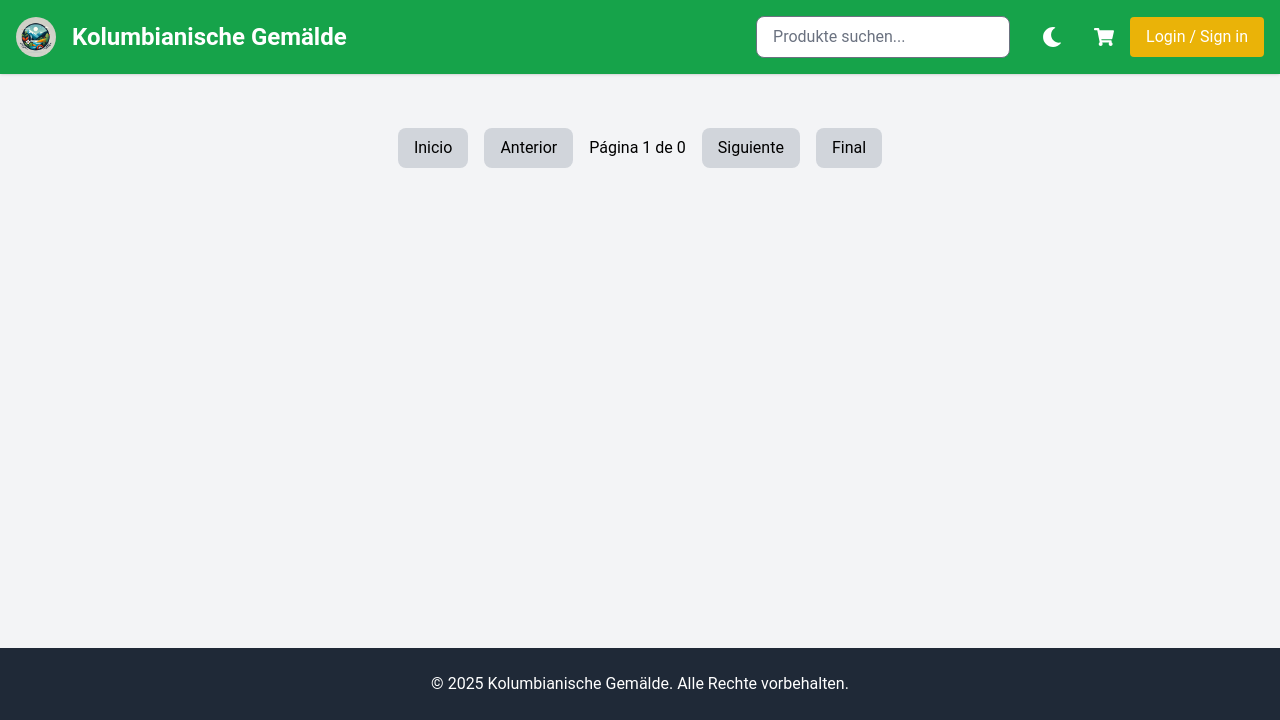
Repository: alixchaparrov/bilder-shop
Page: /
An editor plug-in stored every save of this project. The page is shown before and after the next save, followed by the edit.
The browser window is 1280 px wide. The pictures show the whole page.
The page's requests for data from a server got no answer. The project was rebuilt for these pictures with package versions that can differ from the ones it lists, and the page was loaded fresh each time. The framework's server and built-in components were replaced by stand-ins that run in the browser. No one was signed in, and anything a server would have sent is missing. Also part of the build but not shown: next.config.ts, src/app/components/ProductCard.tsx, src/app/components/AuthModalContent.tsx.

Above is the page before, as saved 2025-01-04 13:32:54.

After the next save:
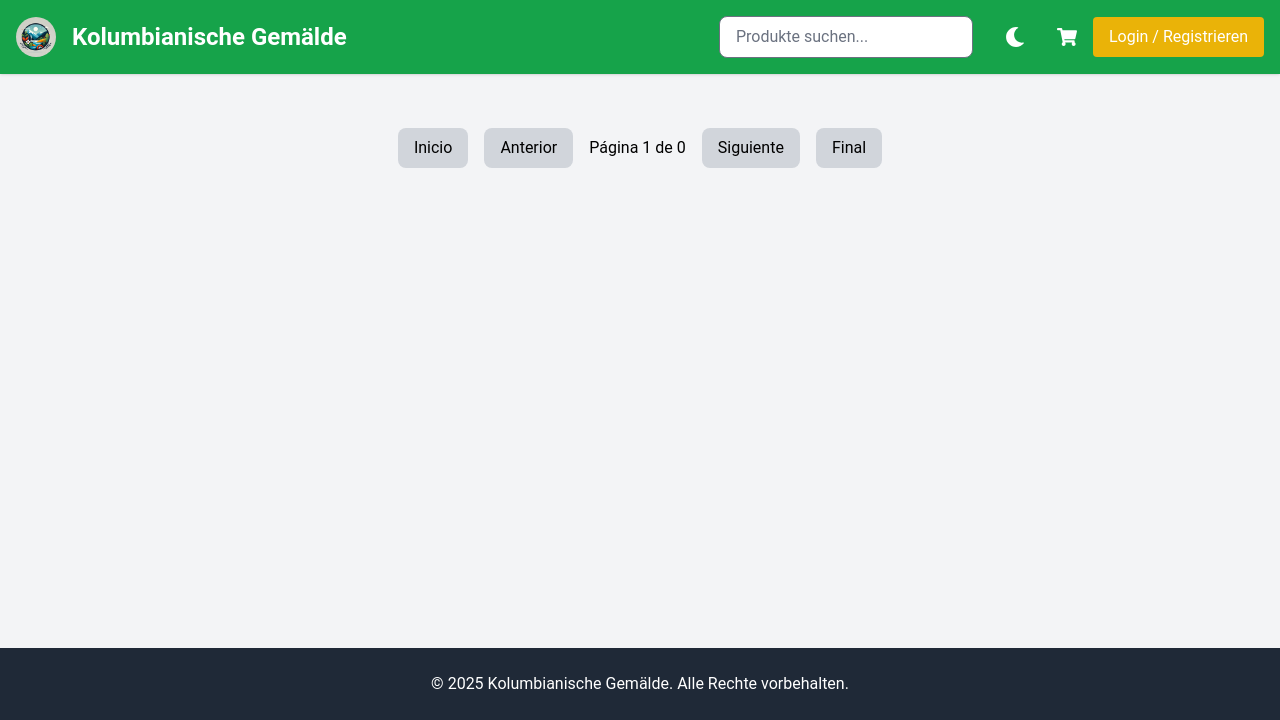
Saved 12 s later.
--- a/src/app/components/Navbar.tsx
+++ b/src/app/components/Navbar.tsx
@@ -84,7 +84,7 @@ const Navbar = ({ searchQuery, setSearchQuery, toggleDarkMode, darkMode }) => {
                 onClick={() => setIsModalOpen(true)}
                 className="bg-yellow-500 hover:bg-yellow-600 text-white px-4 py-2 rounded"
               >
-                Login / Sign in
+                Login / Registrieren
               </button>
             )}
           </div>
